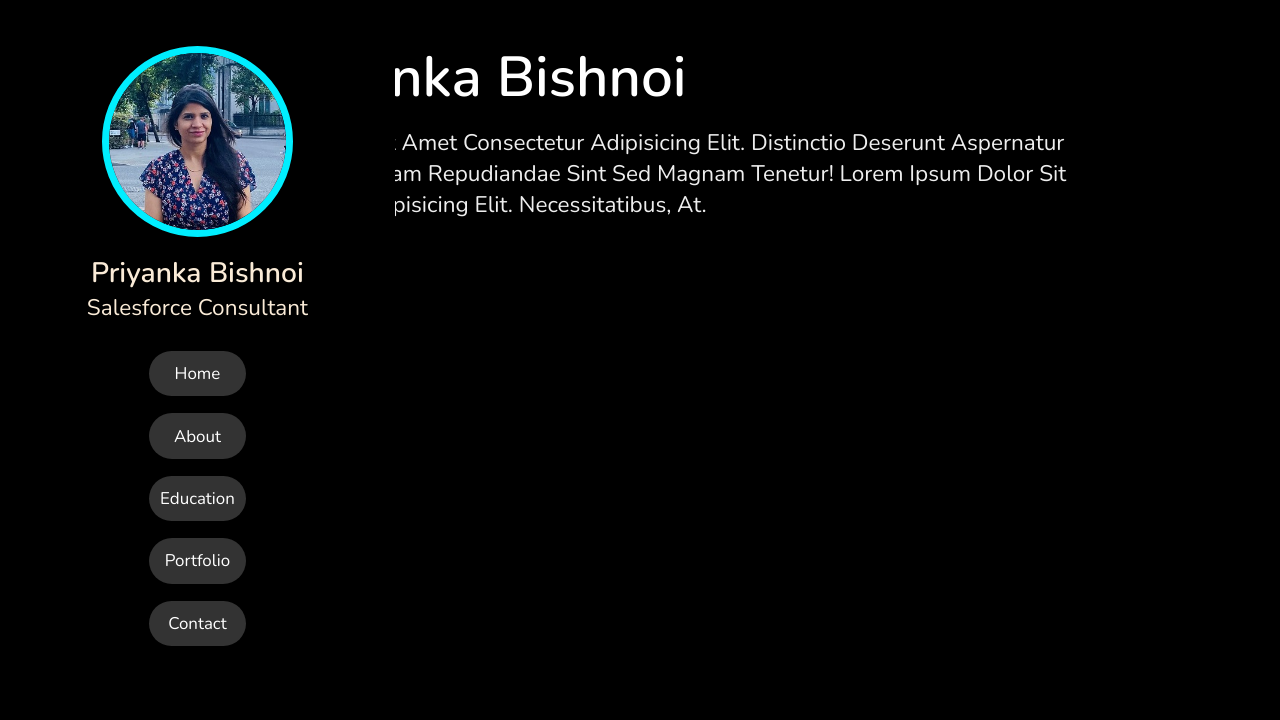
Repository: priyanka-bishnoi/PortfolioPage
Page: MyPage.html
An editor plug-in stored every save of this project. The page is shown before and after the next save, followed by the edit.
The browser window is 1280 px wide. The pictures show the whole page.

Above is the page before, as saved 2022-10-08 16:46:39.

After the next save:
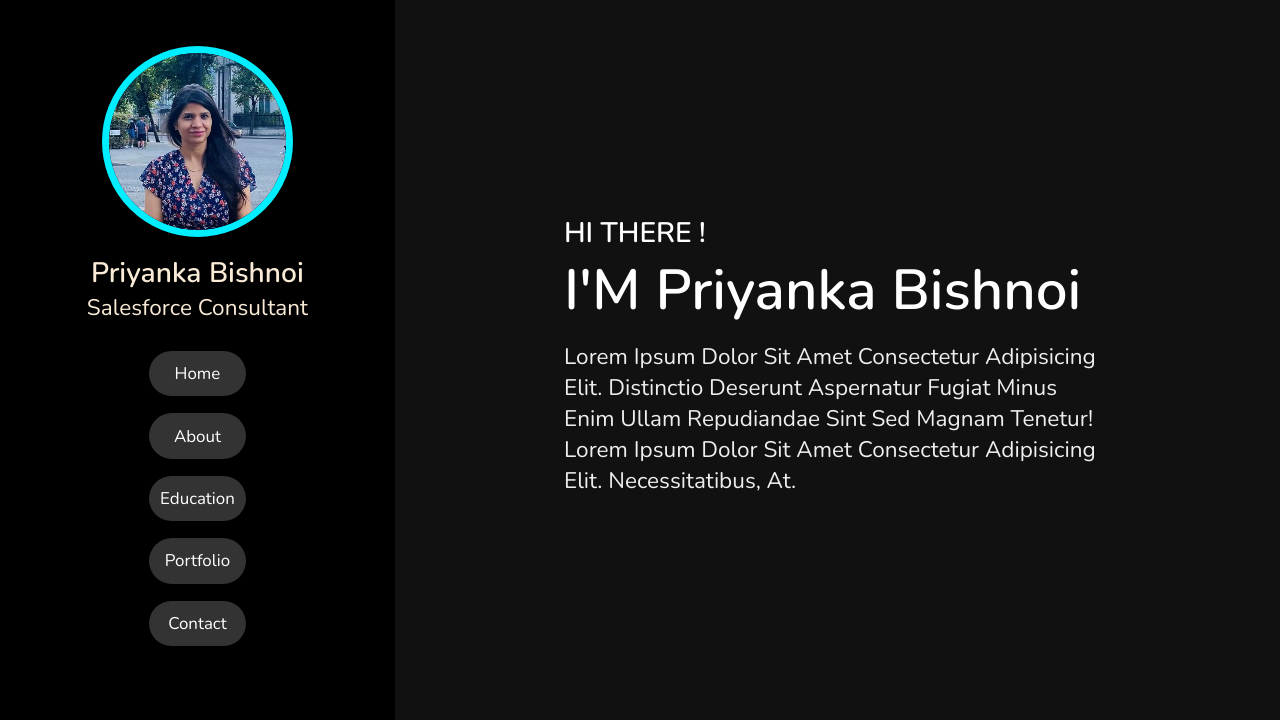
Saved 102 s later.
--- a/css/style.css
+++ b/css/style.css
@@ -15,10 +15,15 @@ html {
     font-size:70.5%;
     overflow-x:hidden;
 }
-body {
-    background:black;
+body{
+    background:#111;
     overflow-x: hidden;
-    height:600px;
+    padding-left: 35rem;
+}
+
+section{
+    min-height: 100vh;
+    padding:1rem;
 }
 header {
     position:fixed;
